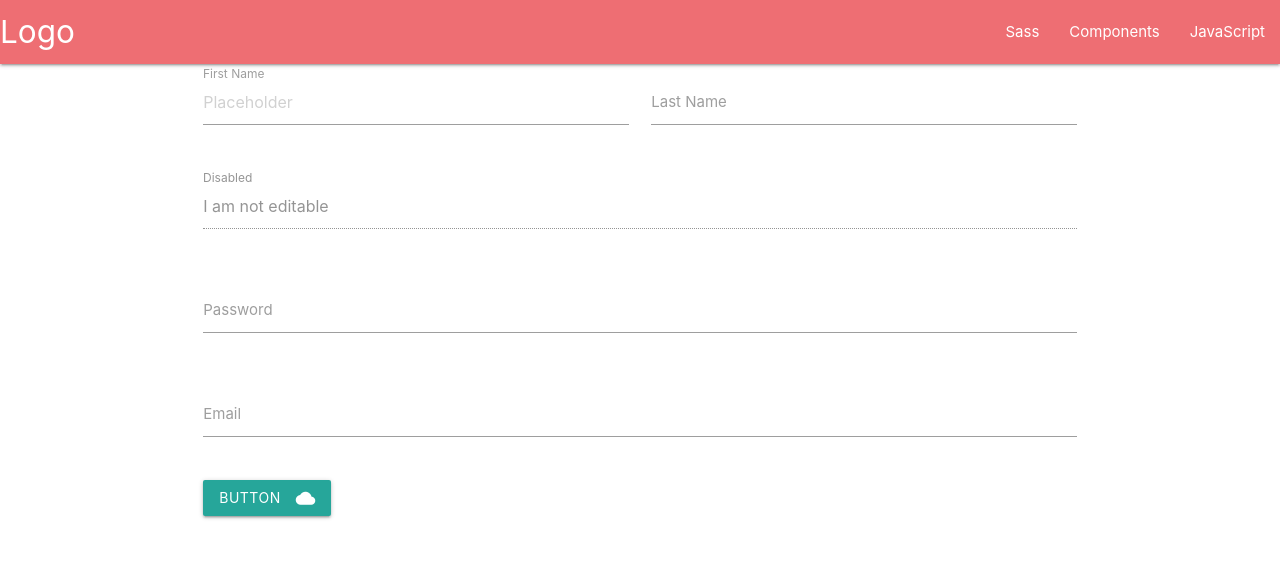
Repository: RavinakS/signup-page-html-js
Page: index.html
These files come from the project's save history. The page is drawn as it stood at one moment and after a run of saves; the edit follows.
The browser window is 1280 px wide. The pictures show the whole page.

Above is the page before, as saved 2021-12-13 11:19:22.

After the next 4 saves:
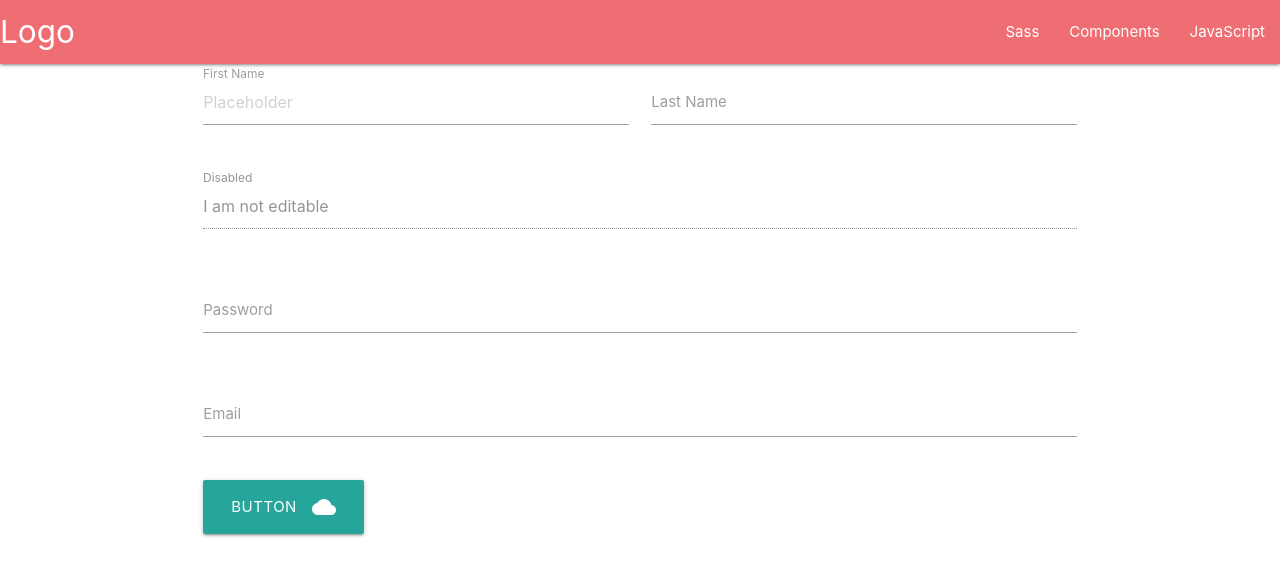
The 4 saves are shown as one change because they came seconds apart.
The last was saved 10 s later.
--- a/index.html
+++ b/index.html
@@ -53,7 +53,7 @@
                   <label for="email">Email</label>
                 </div>
               </div>
-              <a class="waves-effect waves-light btn"><i class="material-icons right">cloud</i>button</a>
+              <a class="waves-effect waves-light btn-large"><i class="material-icons right" type=>cloud</i>button</a>
             </form>
           </div>
     </div>
